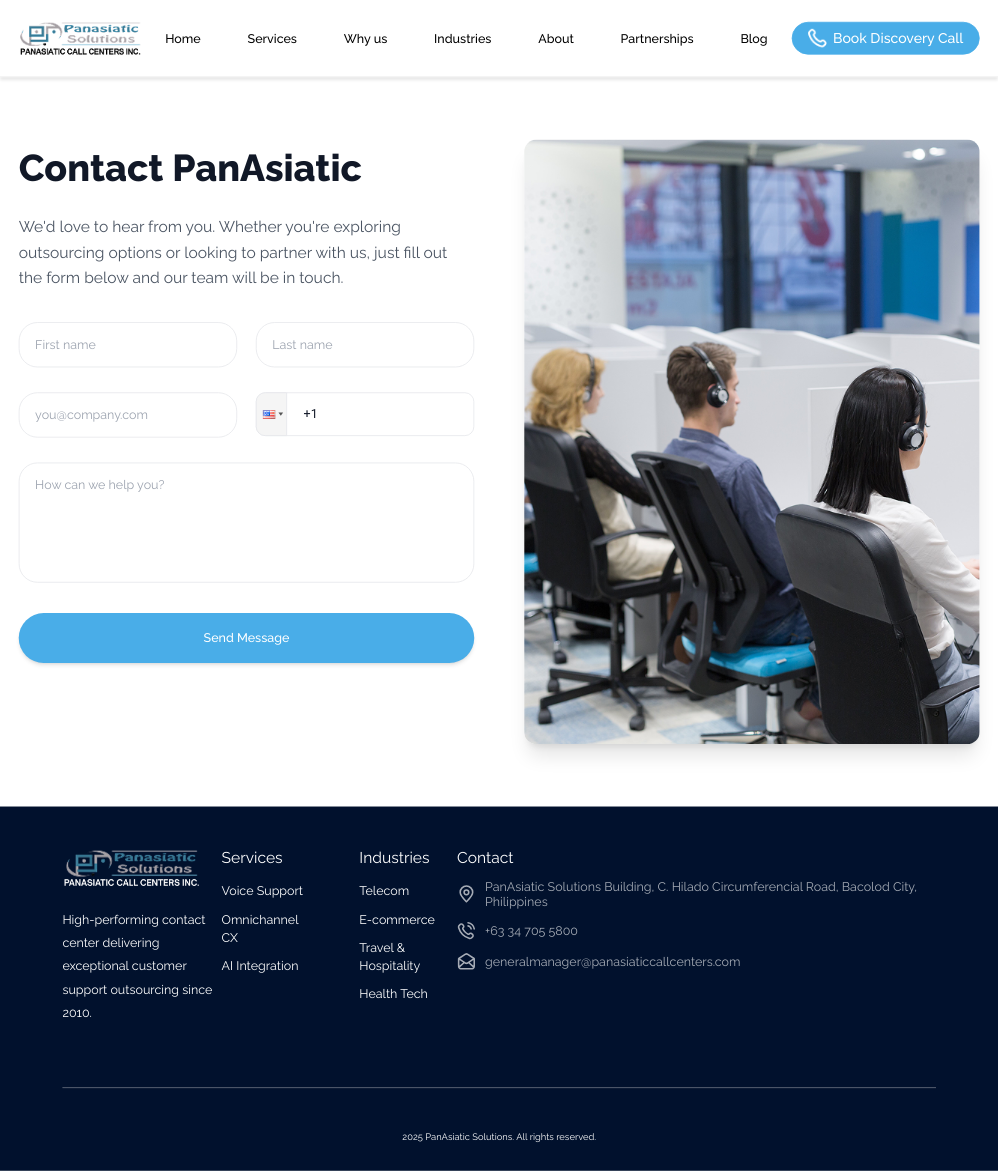
Repository: joshcolored/panasiaticweb
Page: /contact
These files come from the project's save history. The page is drawn as it stood at one moment and after the next save; the edit follows.
The browser window is 1280 px wide. The pictures show the whole page, at 78% of full size.
The project was rebuilt for these pictures with package versions that can differ from the ones it lists, and the page was loaded fresh each time. Also part of the build but not shown: vite.config.js, src/pages/Homepage/HeroSection.jsx, src/pages/Homepage/FastFactsSection.jsx, src/pages/Homepage/CoreServicesSection.jsx, src/pages/Homepage/WhyChooseUsSection.jsx, src/pages/Homepage/FAQSection.jsx, src/pages/Homepage/CTASection.jsx, src/pages/Homepage/index.jsx and 35 more.

Above is the page before, as saved 2026-01-21 22:00:57.

### index.html
<!doctype html>
<html lang="en">

<head>
  <meta charset="UTF-8" />
  <link rel="icon" type="image/x-icon" href="/favicon.ico" />
  <link rel="manifest" href="/manifest.json" />
  <link rel="canonical" href="https://www.panasiaticsolutions.com/" />
  <meta name="viewport" content="width=device-width, initial-scale=1.0" />
  <meta name="theme-color" content="#49ade8" />
  <meta name="robots" content="index, follow" />
  <!-- <script type="module" async src="https://static.rocket.new/rocket-web.js?_cfg=https%3A%2F%2Fpanasiatic9675back.builtwithrocket.new&_be=https%3A%2F%2Fapplication.rocket.new&_v=0.1.10"></script>
  <script type="module" defer src="https://static.rocket.new/rocket-shot.js?v=0.0.1"></script> -->
  <script>(function(w,d,s,l,i){w[l]=w[l]||[];w[l].push({'gtm.start':
new Date().getTime(),event:'gtm.js'});var f=d.getElementsByTagName(s)[0],
j=d.createElement(s),dl=l!='dataLayer'?'&l='+l:'';j.async=true;j.src=
'https://www.googletagmanager.com/gtm.js?id='+i+dl;f.parentNode.insertBefore(j,f);
})(window,document,'script','dataLayer','GTM-T6T8J9KC');</script>

  </head>

<body>
  <div id="root"></div>
  <noscript><iframe src="https://www.googletagmanager.com/ns.html?id=GTM-T6T8J9KC"
height="0" width="0" style="display:none;visibility:hidden"></iframe></noscript>
  <script type="module" src="/src/main.jsx"></script>
</body>

</html>

### src/main.jsx
import React from 'react';
import ReactDOM from 'react-dom/client';
import App from './App.jsx';
import { HelmetProvider } from 'react-helmet-async';
import { BrowserRouter } from 'react-router-dom';
import './styles/index.css';

ReactDOM.createRoot(document.getElementById('root')).render(
  <React.StrictMode>
    <HelmetProvider>
      <BrowserRouter>
        <App />
      </BrowserRouter>
    </HelmetProvider>
  </React.StrictMode>
);

### src/App.jsx
import Routes from './Routes';

function App() {
  return (
        <Routes />
  );
}

export default App;

### src/styles/index.css
@import './tailwind.css';
@import url('https://fonts.googleapis.com/css2?family=Raleway:wght@400;500;600;800&display=swap');

body {
  font-family: 'Raleway', sans-serif;
  margin: 0;
  padding: 0;
  box-sizing: border-box;
}

*, *::before, *::after {
  box-sizing: inherit;
}

### src/Routes.jsx
import React from 'react';
import { Routes, Route } from 'react-router-dom';

import Homepage from './pages/Homepage';
import PortalAccess from './pages/PortalAccess';
import Services from './pages/Services';
import WhyUs from './pages/WhyUs';
import Industries from './pages/Industries';
import About from './pages/About';
import Partnerships from './pages/Partnerships';
import Blog from './pages/Blog';
import Contact from './pages/Contact';

const AppRoutes = () => {
  return (
    <Routes>
      <Route path="/" element={<PortalAccess />} />
      <Route path="/home" element={<Homepage />} />
      <Route path="/portal" element={<PortalAccess />} />
      <Route path="/services" element={<Services />} />
      <Route path="/why-us" element={<WhyUs />} />
      <Route path="/industries" element={<Industries />} />
      <Route path="/partnerships" element={<Partnerships />} />
      <Route path="/about" element={<About />} />
      <Route path="/blog" element={<Blog />} />
      <Route path="/contact" element={<Contact />} />
    </Routes>
  );
};

export default AppRoutes;

### src/styles/tailwind.css
@tailwind base;
@tailwind components;
@tailwind utilities;


@layer base {
  :root {
    /* Primary Colors */
    --primary-background: #49ade8;
    --primary-foreground: #ffffff;
    --primary-light: #49ade814;
    --primary-dark: #01112d;

    /* Secondary Colors */
    --secondary-background: #ffffff;
    --secondary-foreground: #000000;
    --secondary-light: #fafafa;
    --secondary-muted: #3c3c43d8;

    /* Accent Colors */
    --accent-coral: #e38c7d;
    --accent-coral-light: #edb4ab;
    --accent-overlay: #eeeeeebf;
    --accent-gray: #4f4f4f;

    /* Border Colors */
    --border-primary: #49ade8;
    --border-secondary: #dddddd;
    --border-light: #ebebeb;
    --border-muted: #d9d9d97f;

    /* Text Colors */
    --text-primary: #000000;
    --text-secondary: #3c3c43d8;
    --text-accent: #49ade8;
    --text-muted: #4f4f4f;
    --text-white: #ffffff;
    --text-white-muted: #ffffffa5;

    /* Background Colors */
    --bg-main: #fafafa;
    --bg-card: #ffffff;
    --bg-dark: #01112d;
    --bg-overlay: #e5e5e559;

    /* Typography Variables */
    --font-size-xs: 12px;
    --font-size-sm: 16px;
    --font-size-md: 18px;
    --font-size-lg: 20px;
    --font-size-xl: 24px;
    --font-size-2xl: 28px;
    --font-size-3xl: 32px;
    --font-size-4xl: 36px;
    --font-size-5xl: 48px;
    --font-size-hero: 120px;

    /* Font Weight Variables */
    --font-weight-normal: 400;
    --font-weight-medium: 500;
    --font-weight-semibold: 600;
    --font-weight-bold: 800;

    /* Line Height Variables */
    --line-height-xs: 14px;
    --line-height-sm: 19px;
    --line-height-md: 22px;
    --line-height-lg: 29px;
    --line-height-xl: 43px;
    --line-height-hero: 141px;

    /* Spacing Variables */
    --spacing-xs: 4px;
    --spacing-sm: 8px;
    --spacing-md: 12px;
    --spacing-lg: 16px;
    --spacing-xl: 24px;
    --spacing-2xl: 32px;
    --spacing-3xl: 48px;
    --spacing-4xl: 64px;
    --spacing-5xl: 80px;

    /* Border Radius Variables */
    --radius-sm: 8px;
    --radius-md: 12px;
    --radius-lg: 22px;
    --radius-xl: 24px;
    --radius-full: 200px;

    /* Component Specific Variables */
    --header-bg: #ffffff;
    --header-border: #ebebeb;
    --footer-bg: #01112d;
    --button-primary-bg: #49ade8;
    --button-coral-bg: #e38c7d;
    --logo-width: 156px;
  }
}

### src/pages/Contact/index.jsx
import React from 'react';
import { Helmet } from 'react-helmet-async';
import Header from '../../components/common/Header';
import Footer from '../../components/common/Footer';
import HeroSection from './HeroSection';

const Contact = () => {
  return (
    <>
      <Helmet>
        <title>PanAsiatic Solutions | Human-Driven AI-Ready Customer Support Outsourcing Philippines</title>
        <meta name="description" content="PanAsiatic Solutions delivers exceptional customer support outsourcing from the Philippines with 4500+ agents. Human-driven, AI-ready services including voice support, omnichannel CX, and enterprise-grade security since 2010." />
        <meta property="og:title" content="PanAsiatic Solutions | Human-Driven AI-Ready Customer Support Outsourcing Philippines" />
        <meta property="og:description" content="PanAsiatic Solutions delivers exceptional customer support outsourcing from the Philippines with 4500+ agents. Human-driven, AI-ready services including voice support, omnichannel CX, and enterprise-grade security since 2010." />
      </Helmet>

      <main className="w-full bg-secondary-background">
        <Header />
        <HeroSection />
        <Footer />
      </main>
    </>
  );
};

export default Contact;

### src/pages/Contact/HeroSection.jsx
import React, { useState } from "react";
import PhoneInput from "react-phone-input-2";
import "react-phone-input-2/lib/style.css";

const HeroSection = () => {
  const [phone, setPhone] = useState("");
  const [form, setForm] = useState({
    name: "",
    email: "",
    message: ""
  });

  const [loading, setLoading] = useState(false);
  const [status, setStatus] = useState("");

  const handleChange = (e) => {
    setForm({ ...form, [e.target.name]: e.target.value });
  };

  const handleSubmit = async (e) => {
    e.preventDefault();
    setLoading(true);
    setStatus("");

    try {
      const res = await fetch("https://www.panasiaticsolutions.com/emailphp/send-email.php", {
        method: "POST",
        headers: { "Content-Type": "application/json" },
        body: JSON.stringify(form),
      });

      const data = await res.json();

      if (data.success) {
        setStatus("Message sent!");
        setForm({ name: "", email: "", message: "" });
      } else {
        setStatus("Failed to send message.");
      }
    } catch (err) {
      setStatus("Something went wrong.");
    }

    setLoading(false);
  };


  return (
    <div className="bg-white py-20 px-6">
      <div className="max-w-7xl mx-auto grid grid-cols-1 lg:grid-cols-2 gap-16 items-start">
        {/* Left Column - Text + Form */}
        <div className="space-y-10">
          <div>
            <h2 className="text-4xl md:text-5xl font-bold text-gray-900 mb-6">
              Contact PanAsiatic
            </h2>
            <p className="text-lg text-gray-600 leading-relaxed">
              We'd love to hear from you. Whether you're exploring outsourcing
              options or looking to partner with us, just fill out the form
              below and our team will be in touch.
            </p>
          </div>

          <form className="space-y-8">
            {/* Name Row */}
            <div className="grid grid-cols-2 gap-6">
              <input
                type="text"
                placeholder="First name"
                className="w-full px-5 py-4 border border-gray-200 rounded-xl focus:outline-none focus:ring-2 focus:ring-[#49ade8] focus:border-transparent transition"
              />
              <input
                type="text"
                placeholder="Last name"
                className="w-full px-5 py-4 border border-gray-200 rounded-xl focus:outline-none focus:ring-2 focus:ring-[#49ade8] focus:border-transparent transition"
              />
            </div>

            {/* Email & Phone Row */}
            <div className="grid grid-cols-2 gap-6">
              <input
                type="email"
                placeholder="you@company.com"
                className="w-full px-5 py-4 border border-gray-200 rounded-xl focus:outline-none focus:ring-2 focus:ring-[#49ade8] focus:border-transparent transition"
              />

              <PhoneInput
                country={"us"}
                value={phone}
                onChange={setPhone}
                inputStyle={{
                  width: "100%",
                  height: "56px", // same as other inputs
                  borderRadius: "0.75rem", // rounded-xl
                  paddingLeft: "60px", // space for flag
                  border: "1px solid #E5E7EB", // gray-200
                  fontSize: "1rem",
                  color: "#111827", // text-gray-900
                }}
                buttonStyle={{
                  border: "1px solid #E5E7EB",
                  borderRadius: "0.75rem 0 0 0.75rem",
                  height: "56px",
                  marginLeft: "0",
                }}
                dropdownStyle={{
                  borderRadius: "0.75rem",
                  fontSize: "1rem",
                }}
                containerStyle={{ width: "100%" }}
                specialLabel={""}
              />
            </div>

            {/* Message */}
            <textarea
              rows={5}
              placeholder="How can we help you?"
              className="w-full px-5 py-4 border border-gray-200 rounded-xl resize-none focus:outline-none focus:ring-2 focus:ring-[#49ade8] focus:border-transparent transition"
            />

            {/* Submit Button */}
            <button
              disabled={loading}
              type="submit"
              className="w-full bg-[#49ade8] hover:bg-[#3a8ad1] text-white font-medium py-5 rounded-full transition-all duration-300 shadow-md hover:shadow-lg transform hover:-translate-y-1"
            >
              {loading ? "Sending..." : "Send Message"}
            </button>
          </form>
        </div>

        {/* Right Column - Image */}
        <div className="hidden lg:block">
          <img
            src="/images/contactImg.png"
            alt="PanAsiatic contact center team with headsets"
            className="w-full h-full object-cover rounded-2xl shadow-xl"
          />
        </div>
      </div>
    </div>
  );
};

export default HeroSection;

### src/components/ui/Logo.jsx
import React from 'react';
import { twMerge } from 'tailwind-merge';

const Logo = ({
  src = "/images/img_header_logo.png",
  width = "90%",
  height = "50px",
  alt = "PanAsiatic Solutions Logo",
  className,
  ...props
}) => {
  return (
    <img
      src={src}
      alt={alt}
      className={twMerge(
        `w-[${width}] h-[${height}]`,
        className
      )}
      {...props}
    />
  );
};

export default Logo;

### src/components/ui/Link.jsx
import React from 'react';
import { twMerge } from 'tailwind-merge';

const Link = ({
  href = "#",
  children,
  className,
  target,
  rel,
  ...props
}) => {
  return (
    <a
      href={href}
      target={target}
      rel={rel}
      className={twMerge(
        "transition-colors duration-200 hover:opacity-80",
        className
      )}
      {...props}
    >
      {children}
    </a>
  );
};

export default Link;

Loaded but not shown: tailwind.config.js (136 lines, source omitted); src/components/common/Footer.jsx (197 lines, source omitted); src/components/common/Header.jsx (207 lines, source omitted); src/components/ui/Button.jsx (213 lines, source omitted)

After the next save:
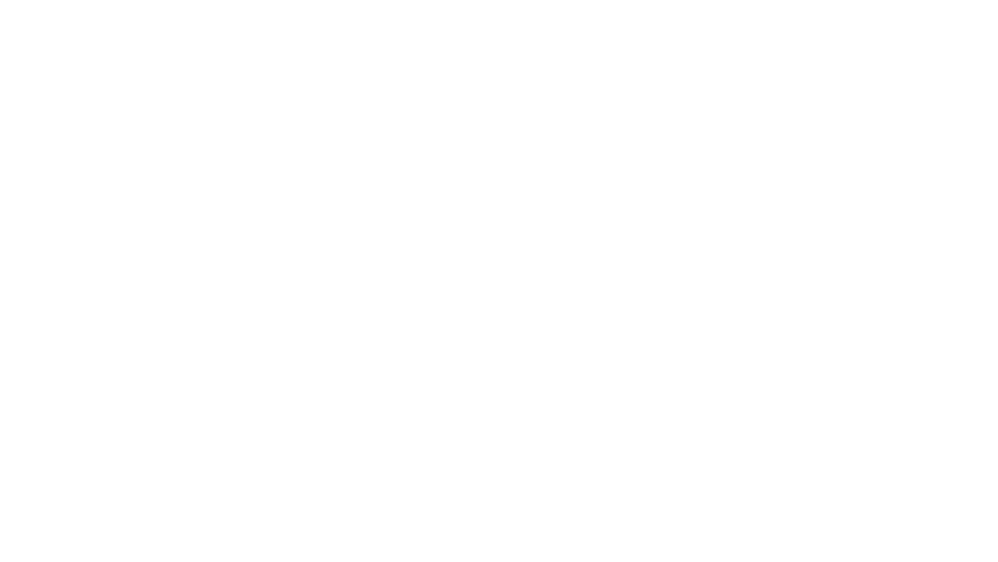
Console error: ReferenceError: phone is not defined
Saved 2 h 1 min later.
--- a/src/pages/Contact/HeroSection.jsx
+++ b/src/pages/Contact/HeroSection.jsx
@@ -3,7 +3,6 @@
 import "react-phone-input-2/lib/style.css";
 
 const HeroSection = () => {
-  const [phone, setPhone] = useState("");
   const [form, setForm] = useState({
     name: "",
     email: "",
@@ -23,7 +22,7 @@
     setStatus("");
 
     try {
-      const res = await fetch("https://www.panasiaticsolutions.com/emailphp/send-email.php", {
+      const res = await fetch("https://www.panasiaticsolutions.com/contact-send.php", {
         method: "POST",
         headers: { "Content-Type": "application/json" },
         body: JSON.stringify(form),
@@ -32,13 +31,13 @@
       const data = await res.json();
 
       if (data.success) {
-        setStatus("Message sent!");
+        setStatus("Message sent successfully!");
         setForm({ name: "", email: "", message: "" });
       } else {
         setStatus("Failed to send message.");
       }
     } catch (err) {
-      setStatus("Something went wrong.");
+      setStatus("Server error.");
     }
 
     setLoading(false);

After the 4 saves that followed:
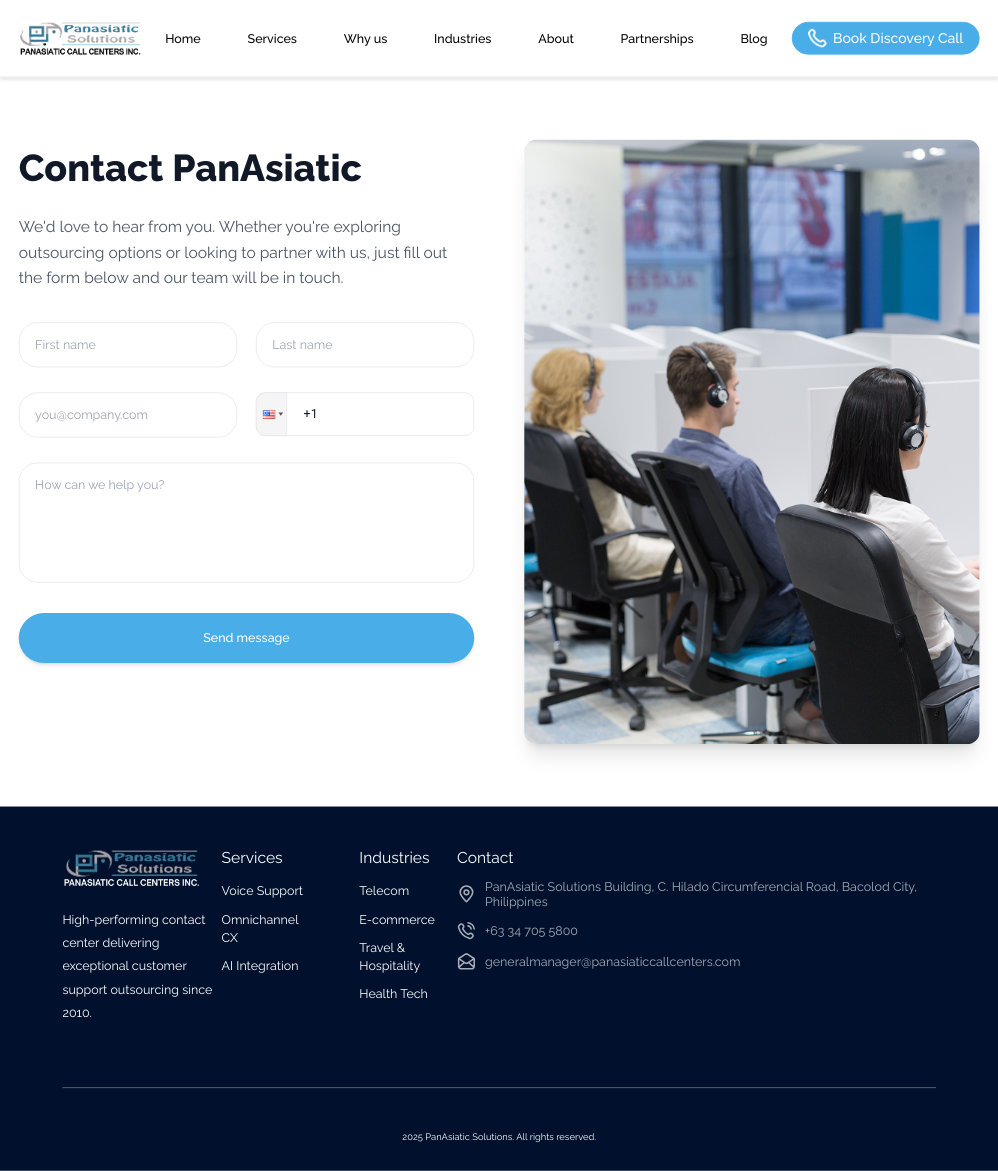
The error is gone.
The 4 saves are shown as one change because 3 left the picture as it was.
The last was saved 4 min 53 s later.
--- a/src/pages/Contact/HeroSection.jsx
+++ b/src/pages/Contact/HeroSection.jsx
@@ -3,46 +3,7 @@
 import "react-phone-input-2/lib/style.css";
 
 const HeroSection = () => {
-  const [form, setForm] = useState({
-    name: "",
-    email: "",
-    message: ""
-  });
-
-  const [loading, setLoading] = useState(false);
-  const [status, setStatus] = useState("");
-
-  const handleChange = (e) => {
-    setForm({ ...form, [e.target.name]: e.target.value });
-  };
-
-  const handleSubmit = async (e) => {
-    e.preventDefault();
-    setLoading(true);
-    setStatus("");
-
-    try {
-      const res = await fetch("https://www.panasiaticsolutions.com/contact-send.php", {
-        method: "POST",
-        headers: { "Content-Type": "application/json" },
-        body: JSON.stringify(form),
-      });
-
-      const data = await res.json();
-
-      if (data.success) {
-        setStatus("Message sent successfully!");
-        setForm({ name: "", email: "", message: "" });
-      } else {
-        setStatus("Failed to send message.");
-      }
-    } catch (err) {
-      setStatus("Server error.");
-    }
-
-    setLoading(false);
-  };
-
+  const [phone, setPhone] = useState("");
 
   return (
     <div className="bg-white py-20 px-6">
@@ -120,11 +81,10 @@
 
             {/* Submit Button */}
             <button
-              disabled={loading}
               type="submit"
               className="w-full bg-[#49ade8] hover:bg-[#3a8ad1] text-white font-medium py-5 rounded-full transition-all duration-300 shadow-md hover:shadow-lg transform hover:-translate-y-1"
             >
-              {loading ? "Sending..." : "Send Message"}
+              Send message
             </button>
           </form>
         </div>
